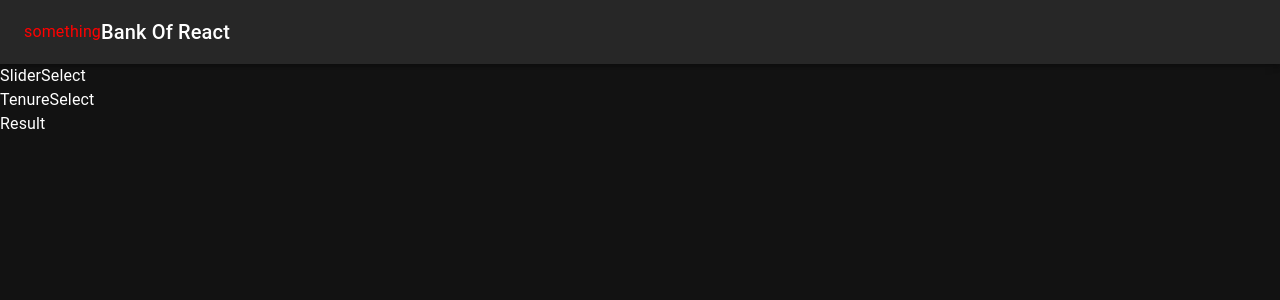
Repository: MikeeBuilds/mortgage-calculator
Page: /
The author's editor kept a copy of each file at every save. The page is drawn from the files as they stood at one save, then again after a run of saves.
The browser window is 1280 px wide. The pictures show the whole page.
The project was rebuilt for these pictures with package versions that can differ from the ones it lists, and the page was loaded fresh each time.

Above is the page before, as saved 2023-04-03 17:01:50.

After the next 8 saves:
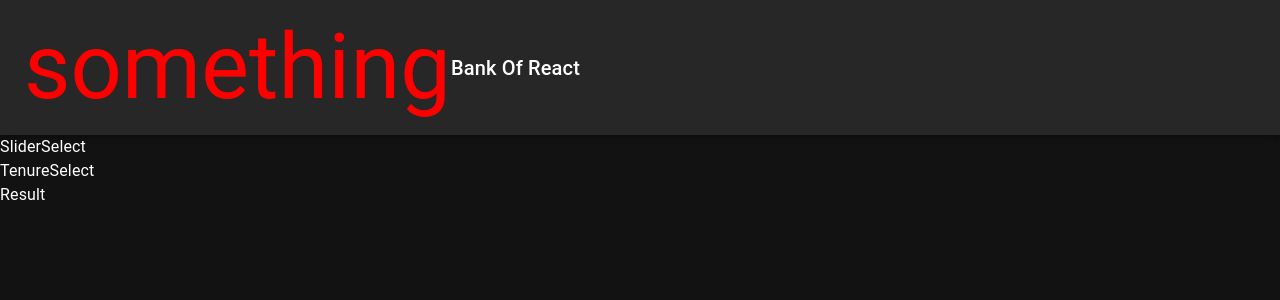
The 8 saves are shown as one change because 1 did not build or start and some came seconds apart.
The last was saved 21 s later.
--- a/src/components/Navbar.js
+++ b/src/components/Navbar.js
@@ -8,7 +8,7 @@ const Navbar = () => {
     <AppBar position="static">
         <ToolBar>
 
-            <span style={{color: 'red'}}>something</span>
+            <span style={{color: 'red', fontSize: '90px'}}>something</span>
 
             <Typography variant="h6" component="div" sx={{ flexGrow: 1 }}>
                 Bank Of React
